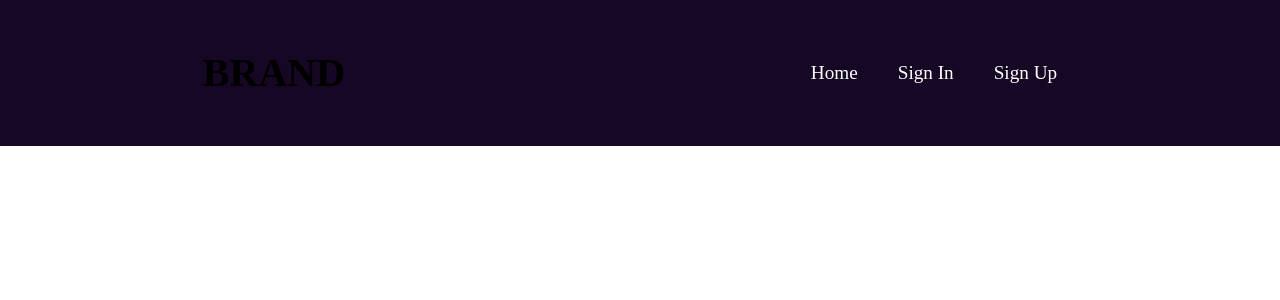
Repository: code-mtaani/ojwang-frontend
Page: /
These files come from the project's save history. The page is drawn as it stood at one moment and after the next save; the edit follows.
The browser window is 1280 px wide. The pictures show the whole page.
The project was rebuilt for these pictures with package versions that can differ from the ones it lists, and the page was loaded fresh each time. Also part of the build but not shown: vite.config.ts.

Above is the page before, as saved 2023-01-31 11:57:51.

### src/App.tsx
import Navigation from "./Components/Nav";

function App() {
  return (
    <div className="App">
      <Navigation />
    </div>
  );
}

export default App;

### src/index.css
body {
  margin: 0;
  padding: 0;
  min-width: 320px;
  min-height: 100vh;
  box-sizing: border-box;
}

### src/Components/Nav/index.js
export {default} from './Navigation.component'

### src/Components/Nav/Navigation.component.tsx
import React from "react";
import './nav.css'

const Navigation = () => {
  return (
    <nav className="navbar">
      <div className="left">
        <h1>BRAND</h1>
      </div>

      <div className="right">
        <input type="checkbox" id="check" />
        <label htmlFor="check" className="checkBtn">
          <svg
            xmlns="http://www.w3.org/2000/svg"
            width="30"
            height="30"
            fill="currentColor"
            className="bi bi-justify"
            viewBox="0 0 16 16"
          >
            <path
              fill-rule="evenodd"
              d="M2 12.5a.5.5 0 0 1 .5-.5h11a.5.5 0 0 1 0 1h-11a.5.5 0 0 1-.5-.5zm0-3a.5.5 0 0 1 .5-.5h11a.5.5 0 0 1 0 1h-11a.5.5 0 0 1-.5-.5zm0-3a.5.5 0 0 1 .5-.5h11a.5.5 0 0 1 0 1h-11a.5.5 0 0 1-.5-.5zm0-3a.5.5 0 0 1 .5-.5h11a.5.5 0 0 1 0 1h-11a.5.5 0 0 1-.5-.5z"
            />
          </svg>
        </label>

        <ul className="list">
          <li> <a href="#">Home</a></li>
          <li> <a href="#">Sign In</a></li>
          <li> <a href="#">Sign Up</a></li>
        </ul>
      </div>
    </nav>
  );
};

export default Navigation;

### src/Components/Nav/nav.css
.navbar{
    background-color: rgb(22,7,36);
    display: flex;
    justify-content: space-around;
    align-items: center;
    line-height: 5rem;
}

.left h1{
    font-size: 2.5rem;
    cursor: pointer;
}

.checkBtn{
    display: none;
}
#check{
    display: none;
}
.checkBtn{
    cursor: pointer;
    font-size: 30px;
    float: right;
    color: #ed1e79;
    line-height: 88px;
}

.right ul{
    display: flex;
    list-style: none;
}
.right ul li a {
    padding: 10px 20px;
    font-size: 1.2rem;
    color: white;
    cursor: pointer;
    text-decoration: none;
    transition: all 1s;
}

.right ul li a:hover{
    background-color: #fff;
    border-radius: 7px;
    color: rgb(22, 7, 36);
}

/* ================================== Media Queries=================================================== */

@media screen and (max-width:805px){
    .list{
        width: 100%;
        height: 100vh;
        background-color: rgb(22, 7, 36);
        text-align: center;
        display: flex;
        flex-direction: column;
        position: fixed;
        top: 5rem;
        left: 100%;
        transition: all 1s;
    }

    #check{
        display: none;
    }
    .checkBtn{
        display: block;
    }
    #check:checked~ul{
        left: 0%
    }
}

Loaded but not shown: index.html (common file); src/main.tsx (common file)

After the next save:
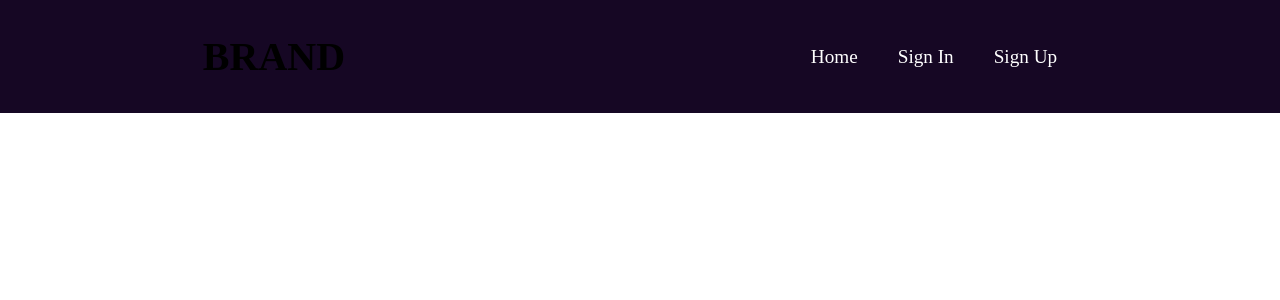
Saved 41 min 20 s later.
--- a/src/Components/Nav/nav.css
+++ b/src/Components/Nav/nav.css
@@ -3,7 +3,7 @@
     display: flex;
     justify-content: space-around;
     align-items: center;
-    line-height: 5rem;
+    /* line-height: 5rem; */
 }
 
 .left h1{
